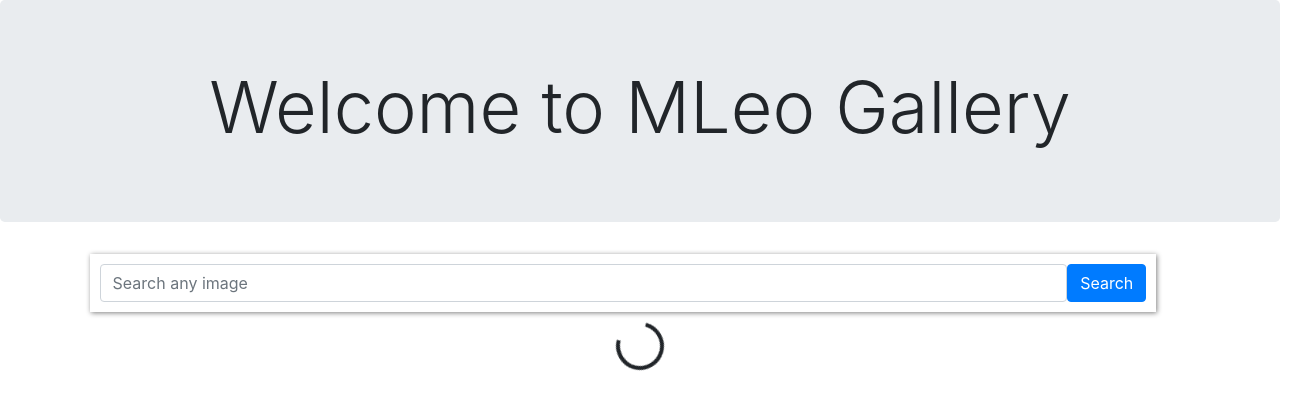
Repository: the-manohar/gallery
Page: /
The author's editor kept a copy of each file at every save. The page is drawn from the files as they stood at one save, then again after a run of saves.
The browser window is 1280 px wide. The page is 1295 px wide, so the pictures cover 1295 px, including what lies to the right of the window. The pictures show the whole page.
The project was rebuilt for these pictures with package versions that can differ from the ones it lists, and the page was loaded fresh each time.

Above is the page before, as saved 2020-06-18 23:35:25.

After the next 2 saves:
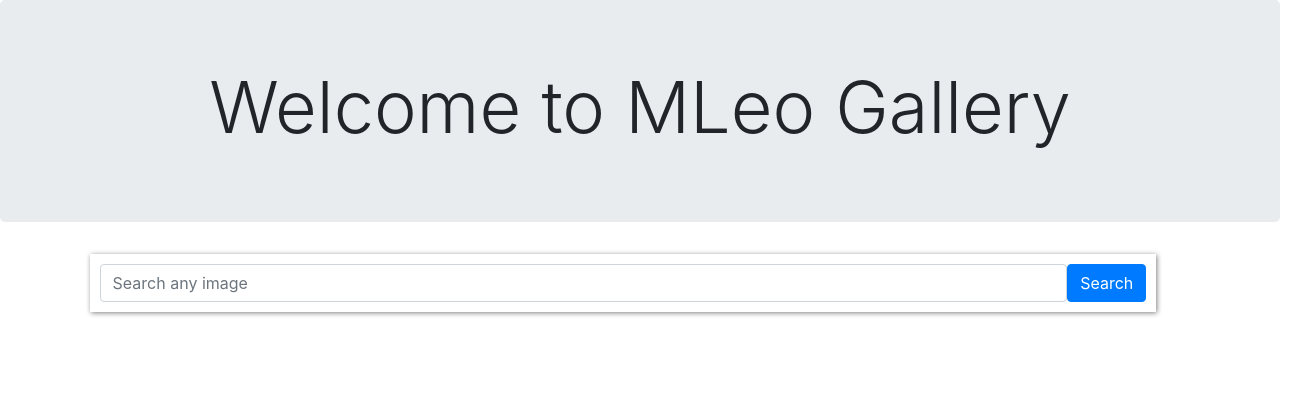
The 2 saves are shown as one change because 1 did not build or start.
The last was saved 27 s later.
--- a/src/App.js
+++ b/src/App.js
@@ -47,9 +47,9 @@ function App() {
               );
             })}
           </div>
-        ) : (
-          <Spinner style={{ width: "3rem", height: "3rem" }} />
-        )}
+        ) : null
+        // <Spinner style={{ width: "3rem", height: "3rem" }} />
+        }
       </div>
     </div>
   );
